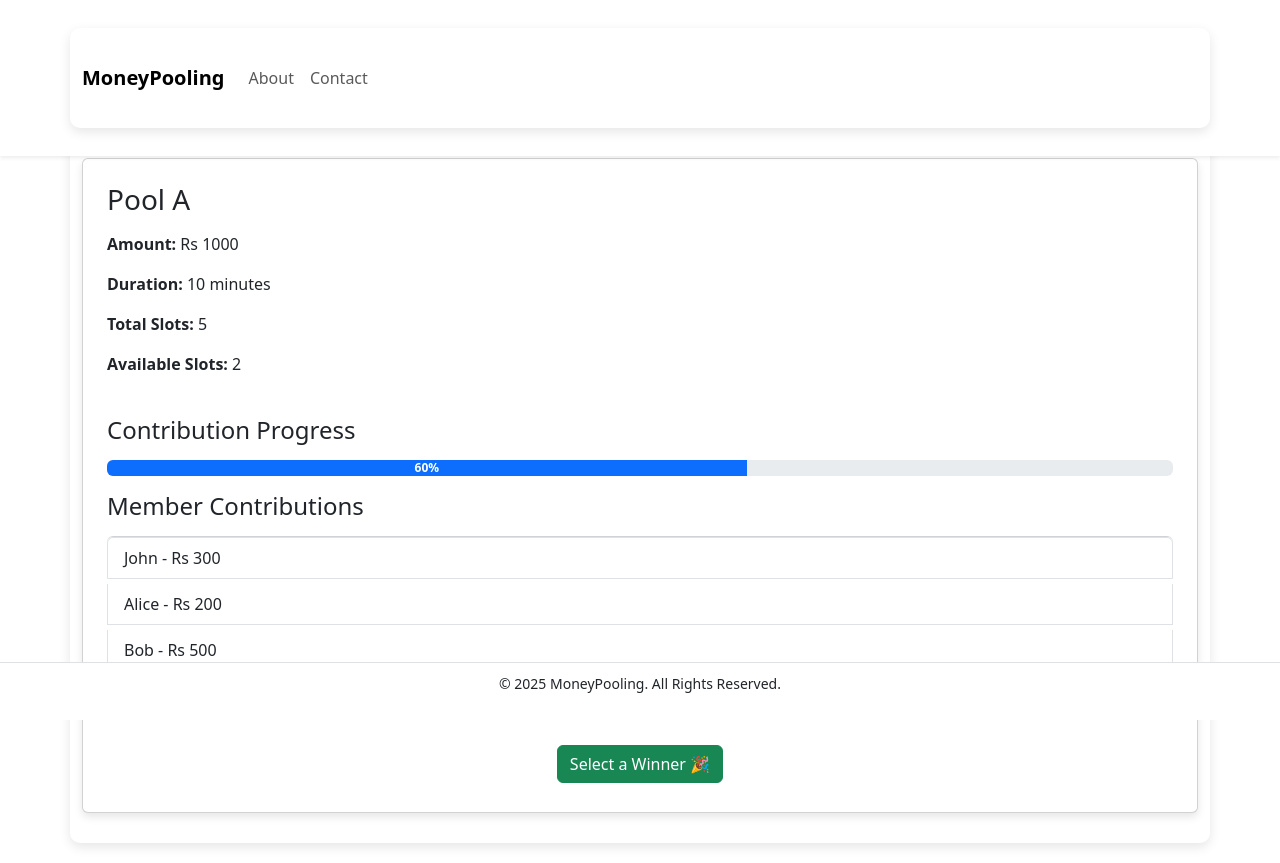
Repository: xxgautm420/MoneyPool
Page: templates/progress.html
An editor plug-in stored every save of this project. The page is shown before and after a run of saves, followed by the edit.
The browser window is 1280 px wide. The pictures show the whole page.
The page is served by the project's application, run on Flask 3 (user.py). The template is opened directly, without the code that normally fills it, so the values that code supplies are empty.

Above is the page before, as saved 2025-03-01 16:50:12.

After the next 4 saves:
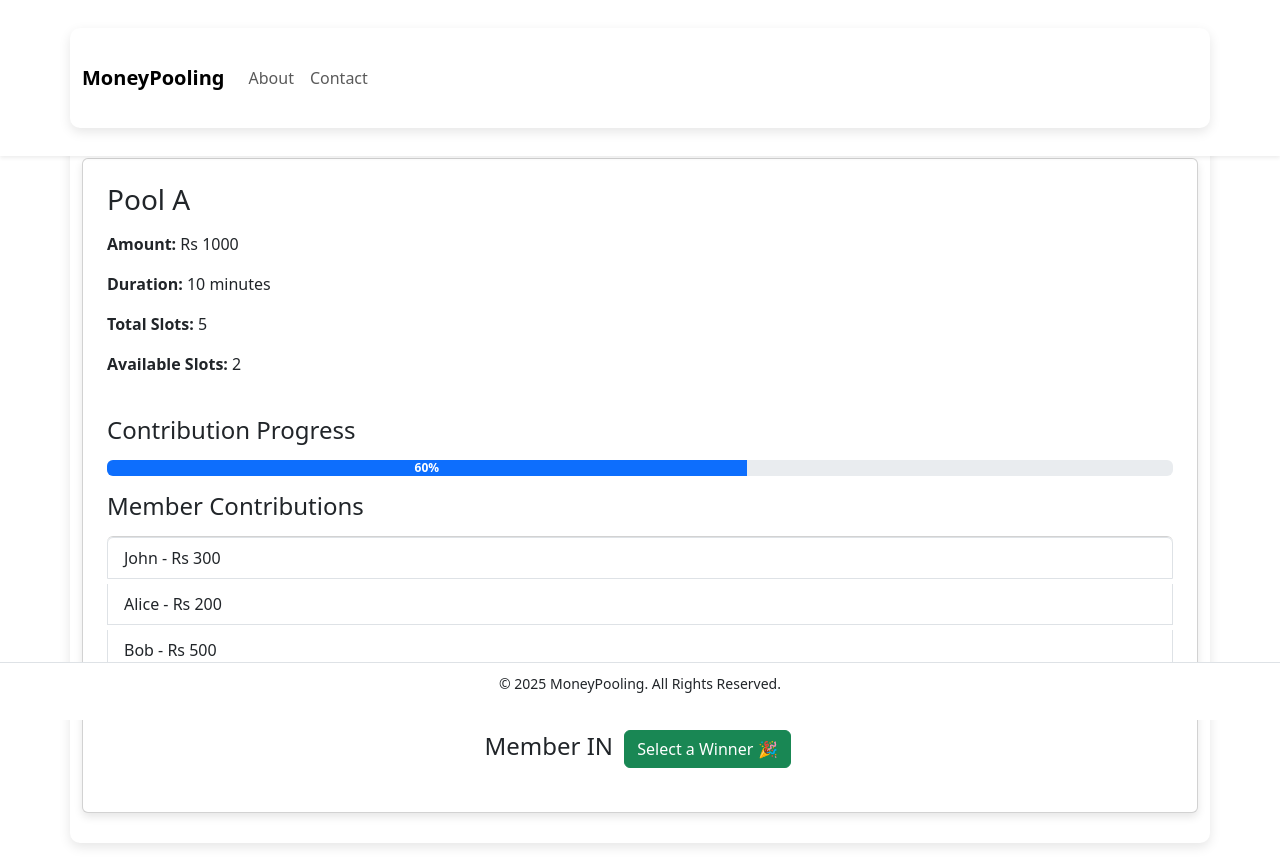
The 4 saves are shown as one change because they came seconds apart.
The last was saved 12 s later.
--- a/templates/progress.html
+++ b/templates/progress.html
@@ -57,7 +57,7 @@
 
         <!-- Random Member Selection -->
         <div class="text-center mt-5">
-            <h4></h4>
+            <h4>Member IN
             <button class="btn btn-success" onclick="startSelection()">Select a Winner 🎉</button>
         </div>
     </div>
